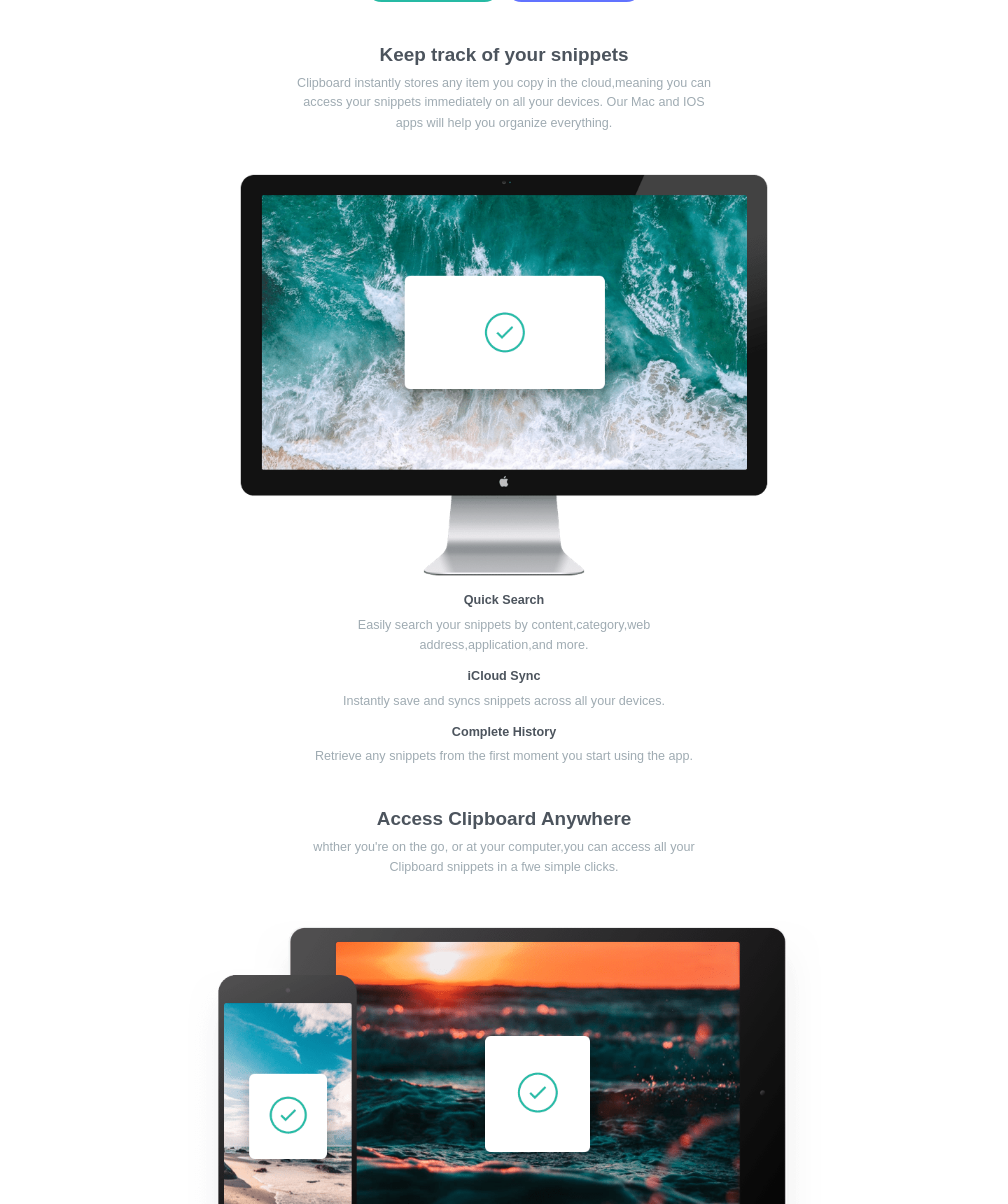
Repository: moataz305G/Clipboard-landing-page
Page: index.html
These files come from the project's save history. The page is drawn as it stood at one moment and after the next save; the edit follows.
The browser window is 1280 px wide. The page is 1440 px wide, so the pictures cover 1440 px, including what lies to the right of the window. The pictures show the part of the page from y = 407 to 2127 px (the page is 3207 px tall before and 2934 px after), at 70% of full size.

Above is the page before, as saved 2025-12-16 21:28:42.

### index.html
<!DOCTYPE html>
<html lang="en">
  <head>
    <meta charset="UTF-8" />
    <meta name="viewport" content="width=device-width, initial-scale=1.0" />

    <link
      rel="icon"
      type="image/png"
      sizes="32x32"
      href="./images/favicon-32x32.png"
    />
    <title>Clipboard landing page</title>
    <link rel="stylesheet" href="style.css" />
  </head>
  <body>
    <div class="container">
      <article>
        <section class="hero section">
          <img class="hero__logo" src="images/logo.svg" alt="Clipboard Logo" />

          <h1 class="hero__title">A history of everything you copy</h1>
          <p>
            Clipboard allows you to track and organize everything you
            copy.Instantly access your clipboard on all your device.
          </p>
          <button class="btn btn--ios">Doewnlode for IOS</button>
          <button class="btn btn--mac">Dowenlode for Mac</button>
        </section>

        <section class="snippets section">
          <h2>Keep track of your snippets</h2>
          <p>
            Clipboard instantly stores any item you copy in the cloud,meaning
            you can access your snippets immediately on all your devices. Our
            Mac and IOS apps will help you organize everything.
          </p>
        </section>

        <section class="fuatures section">
          <img
            class="fuature__image"
            src="images/image-computer.png"
            alt="Fuatures image "
          />
          <div class="fuatures__text">
            <div>
              <h4>Quick Search</h4>
              <p>
                Easily search your snippets by content,category,web
                address,application,and more.
              </p>
            </div>
            <div>
              <h4>iCloud Sync</h4>
              <p>Instantly save and syncs snippets across all your devices.</p>
            </div>
            <div>
              <h4>Complete History</h4>
              <p>
                Retrieve any snippets from the first moment you start using the
                app.
              </p>
            </div>
          </div>
        </section>

        <section class="access-anywhere">
          <h2>Access Clipboard Anywhere</h2>
          <p>
            whther you're on the go, or at your computer,you can access all your
            Clipboard snippets in a fwe simple clicks.
          </p>
        </section>

        <img
          class="img-device"
          src="images/image-devices.png"
          alt="image-access-clipboard"
        />

        <section class="workflow">
          <h2>Supercharge your workflow</h2>
          <p>We've got the tools tomboost your productivity.</p>
        </section>

        <section class="tools">
          <div class="blacklist">
            <img src="images/icon-blacklist.svg " />
            <h3>Creat blacklists</h3>
            <p>
              Ensure sensitive information never makes it way to your clipboard
              by excluding certain sources.
            </p>
          </div>

          <div class="Plane-text">
            <img src="images/icon-text.svg" />
            <h3>Plane text snippets</h3>
            <p>
              Remove unwanted formatting from copied text for a consisitent
              look.
            </p>
          </div>

          <div class="preview">
            <img src="images/icon-preview.svg " />
            <h3>Sneak preview</h3>
            <p>
              Quick preview of all snippets on your clipboard for easy access
            </p>
          </div>
        </section>

        <section class="largest-companies">
          <img src="images/logo-google.png" />
          <img src="images/logo-ibm.png" />
          <img src="images/logo-microsoft.png" />
          <img src="images/logo-hp.png" />
          <img src="images/logo-vector-graphics.png" />
        </section>

        <section class="Doewnlode">
          <h2>Clipboard for iOS and Mac OS</h2>
          <p>
            Available for free on the app store,Download for Mac or ios, sync
            with iCloud and you're ready to start adding to your clipboard.
          </p>
          <button class="IOS-button">Download for iOS</button>
          <button class="Mac-button">Download for Mac</button>
        </section>
      </article>

      <footer>
        <div class="links">
          <a href="#">FAQs</a>
          <a href="#">Contact Us</a>
          <a href="#">Privacy Policy</a>
        </div>
        <div class="social-media">
          <img src="images/icon-facebook.svg" />
          <img src="images/icon-twitter.svg" />
          <img src="images/icon-instagram.svg" />
        </div>
      </footer>
    </div>
  </body>
</html>

### style.css
* {
  margin: 0;
  padding: 0;
}
body {
  width: 1440px;
  height: auto;
  margin: 0 auto;
  font-size: 18px;
  font-family: "Bai Jamjuree", sans-serif;
  font-weight: 400;
}
h1,
h2,
h3,
h4 {
  color: #4c545d;
  margin-top: 20px;
  margin-bottom: 10px;
}
h2 {
  color: #4c545d;
  margin-top: 20px;
  margin-bottom: 10px;
}
h1,
h2,
h3,
h4 {
  font-weight: 600;
}
p {
  max-width: 600px;
  color: #9fabb2;
  margin: 0 auto;
  margin-top: 10px;
  margin-bottom: 20px;

  line-height: 1.6;
  text-align: center;
}

.container {
  display: grid;
  text-align: center;
  padding: 40px;
  row-gap: 60px;
}
.hero,
.snippets,
.fuatures,
.access-anywhere,
.tools,
.workflow,
.bag-campany,
.Doewnlode {
  margin: 60px 0;
}
/* button */
.btn {
  color: #fff;
  border: none;
  padding: 15px 30px;
  font-size: 16px;
  cursor: pointer;
  border-radius: 30px;
}
.btn--ios {
  background-color: #26baa4ff;
  transition: background-color 0.3s;
}
.btn--ios:hover {
  background-color: #20a18f;
}

.btn--mac {
  background-color: #6173ff;
  transition: background-color 0.3s;
}

.btn--mac:hover {
  background-color: #5262e0;
}
/* end button */

/* fuatures */
.fuatures-computer {
  display: flex;
  justify-content: center;
  gap: 15px;
}

.fuatures-computer p {
  max-width: 300px;
}
/* end fuatures */

.tools {
  display: flex;
  justify-content: center;
  gap: 30px;
}
.largest-companies {
  display: flex;
  justify-content: center;
  gap: 30px;
}

footer {
  display: flex;
  justify-content: space-between;
  padding: 20px 200px;
}
footer .links {
  display: flex;
  justify-content: center;
  gap: 20px;
}
.links a {
  text-decoration: underline dotted;
  color: hsl(210, 10%, 33%);
  transition: color 0.3s;
}

.links a:hover {
  color: #26baa4ff;
}
footer .social-media {
  display: flex;
  justify-content: center;
  gap: 20px;
}

After the next save:
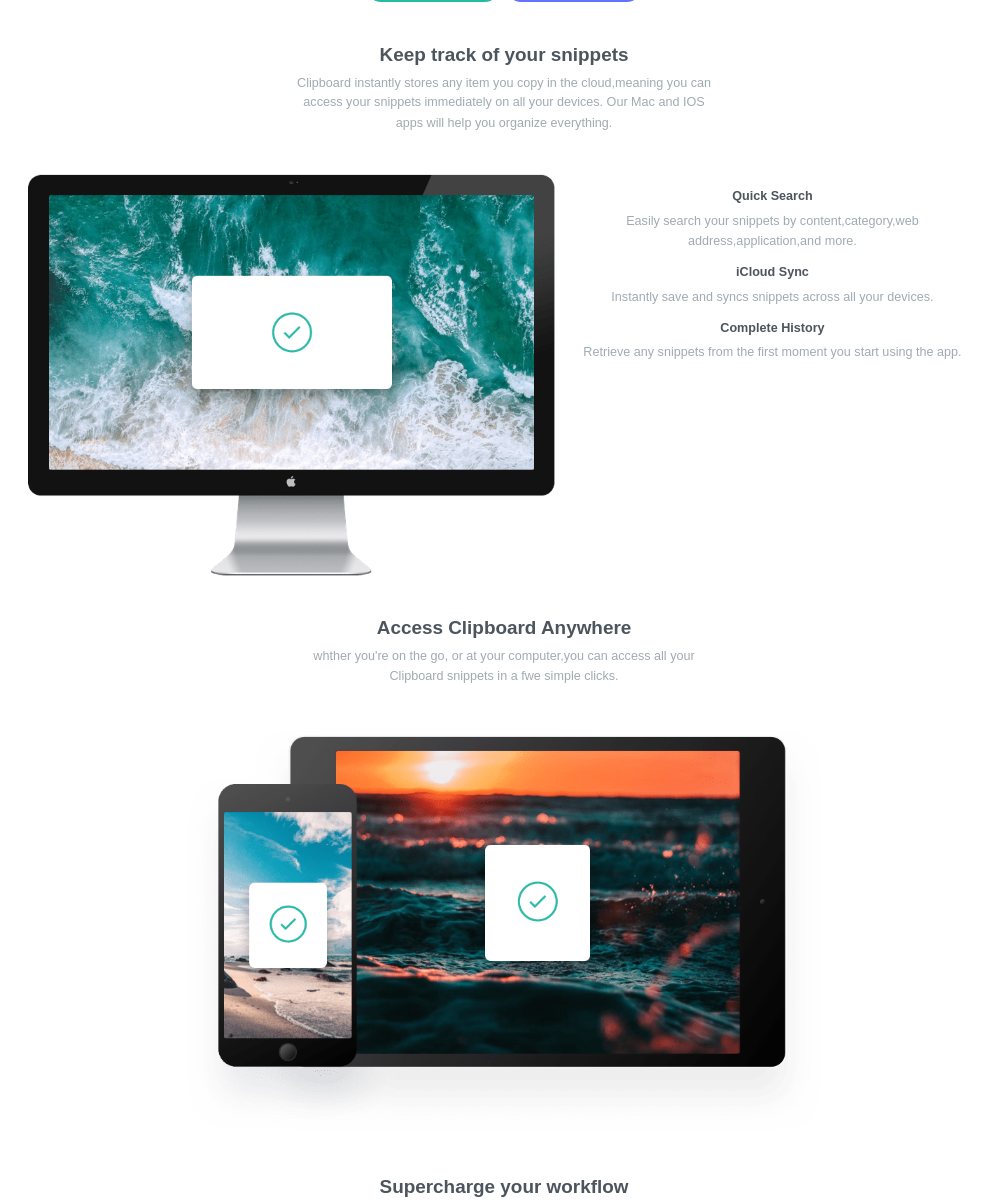
Saved 51 s later.
--- a/style.css
+++ b/style.css
@@ -84,7 +84,7 @@
 /* end button */
 
 /* fuatures */
-.fuatures-computer {
+.fuatures {
   display: flex;
   justify-content: center;
   gap: 15px;
